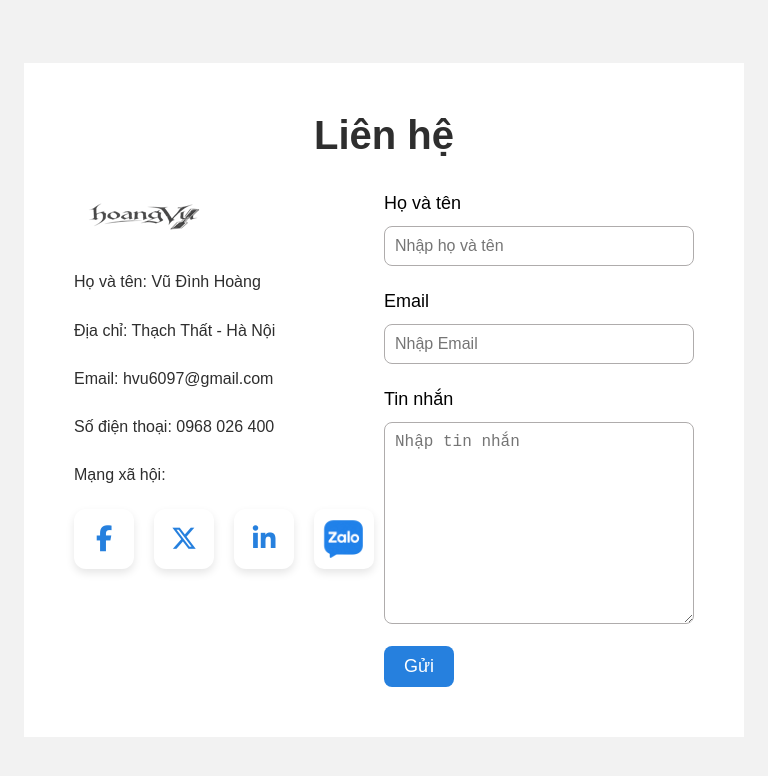
Repository: hoang28092000/portfolio
Page: pages/contact.html
These files come from the project's save history. The page is drawn as it stood at one moment and after the next save; the edit follows.
The browser window is 768 px wide. The pictures show the whole page.

Above is the page before, as saved 2025-04-12 01:04:50.

### pages/contact.html
<!DOCTYPE html>
<html lang="en">
  <head>
    <meta charset="UTF-8" />
    <meta name="viewport" content="width=device-width, initial-scale=1.0" />
    <link
      rel="stylesheet"
      href="https://cdnjs.cloudflare.com/ajax/libs/font-awesome/6.7.2/css/all.min.css"
      integrity="sha512-Evv84Mr4kqVGRNSgIGL/F/aIDqQb7xQ2vcrdIwxfjThSH8CSR7PBEakCr51Ck+w+/U6swU2Im1vVX0SVk9ABhg=="
      crossorigin="anonymous"
      referrerpolicy="no-referrer"
    />
    <link rel="stylesheet" href="../css/pages.css" />
    <link rel="stylesheet" href="../css/responsive-pages.css" />
    <title>Liên hệ</title>
  </head>
  <body>
    <main id="main-contact">
      <div class="container">
       <div class="contact">
        <h2 class="title-heading title-contact">Liên hệ</h2>
        <div class="content-contact">
          <div class="contact-left">
            <div class="logo-contact">
              <img
                src="../asset/image/hoangVu_logo.png"
                alt="logo"
                class="img-logo-contact"
              />
            </div>
            <div class="info-contact">
              <p class="txt-contact">Họ và tên: Vũ Đình Hoàng</p>
              <p class="txt-contact">Địa chỉ: Thạch Thất - Hà Nội</p>
              <p class="txt-contact">Email: hvu6097@gmail.com</p>
              <p class="txt-contact">Số điện thoại: 0968 026 400</p>
            </div>
            <p class="txt-contact">Mạng xã hội:</p>
            <div class="social-contact">
              <a
                href="https://www.facebook.com/profile.php?id=100008725181742"
                target="_blank"
                ><i class="fa-brands fa-facebook-f icon-contact"></i
              ></a>
              <a href="https://x.com/kinsman2809" target="_blank"
                ><i class="fa-brands fa-x-twitter icon-contact"></i
              ></a>
              <a
                href="https://www.linkedin.com/in/ho%C3%A0ng-v%C5%A9-0b4891179/"
                target="_blank"
                ><i class="fa-brands fa-linkedin-in icon-contact"></i
              ></a>
              <a href="https://zalo.me/0968026400" target="_blank">
                <img src="../asset/image/icon-zalo.png" alt="zalo" class="img-social">
              </a>
            </div>
          </div>
          <div class="contact-right">
            <form action="" class="form-contact">
              <div class="input-contact">
                <label for="name" class="label-contact">Họ và tên</label>
                <input type="text" id="name" placeholder="Nhập họ và tên" class="input-field" required />
              </div>
              <div class="input-contact">
                <label for="email" class="label-contact">Email</label>
                <input type="email" id="email" placeholder="Nhập Email" class="input-field" required />
              </div>
              <div class="input-contact">
                <label for="message" class="label-contact">Tin nhắn</label>
                <textarea
                  name="message"
                  id="message" placeholder="Nhập tin nhắn"
                  cols="30"
                  rows="10"
                  class="input-field"
                  required
                ></textarea>
              </div>
              <button type="submit" class="btn-submit">Gửi</button>
            </form>
          </div>
        </div>
       </div>
      </div>
    </main>
  </body>
</html>

### css/pages.css
* {
  padding: 0;
  margin: 0;
  box-sizing: border-box;
}
html {
  font-family: Poppins, sans-serif;
  font-size: 62.5%;
}

.container {
  width: 1170px;
  max-width: calc(100% - 48px);
  margin: 0 auto;
}

/* main */

#about,
#skills {
  background-color: #f2f2f2;
}
.top-content-about {
  padding: 60px 0;
  display: flex;
  justify-content: space-between;
  align-items: center;
}
.about-left {
  width: 40%;
}
.img-about {
  width: 100%;
  border: 6px solid #7a7575;
  border-radius: 50%;
}
.about-right {
  max-width: 702px;
  height: 362px;
  margin-left: 120px;
  padding-right: 60px;
}
.title-heading {
  font-size: 6rem;
  color: #2e2e2e;
  font-weight: 700;
  margin-bottom: 30px;
}
.about-right .desc-about {
  font-size: 1.6rem;
  color: #6b6565;
  font-weight: 500;
  line-height: 1.76;
  margin-top: 20px;
  text-align: justify;
}
.content-main {
  display: grid;
  grid-template-columns: 1fr 1fr;
  gap: 80px;
  padding-top: 70px;
}
.paragraph {
  margin-bottom: 20px;
}
.heading-main {
  font-size: 2rem;
  color: #2e2e2e;
  margin-bottom: 10px;
  line-height: 1.66;
}
.desc-content-main {
  font-size: 1.6rem;
  color: #2e2e2e;
  font-weight: 300;
  line-height: 1.76;
  text-align: justify;
}
.list-img-about {
  display: flex;
  justify-content: center;
  align-items: center;
  margin-top: 30px;
  gap: 20px;
  padding-bottom: 30px;
}
.list-img-about img {
  width: 200px;
  height: 200px;
  border-radius: 10px;
  border: 1px solid #2e2e2e;
  transition: all 0.3s ease-in-out;
}
.list-img-about img:hover {
  transform: scale(1.1);
  border: 2px solid #fff;
}

/* skills */
.title-skills {
  padding-top: 60px;
  text-align: center;
}
#skills ul {
    padding-left: 18px;
}

.my-project{
    margin-top: 70px;
}
.list-project{
    display: grid;
    grid-template-columns: repeat(auto-fit, minmax(300px, 1fr));
    gap: 30px;
    margin-top: 60px;
}
.list-project a{
    text-decoration: none;
    color: #2e2e2e;
}
.card-project{
    position: relative;
    background-color: #fff;
    border-radius: 10px;
    box-shadow: 0 4px 8px rgba(0, 0, 0, 0.1);
    overflow: hidden;
    transition: all 0.3s ease-in-out;
    cursor: pointer;
}
.card-project:hover{
    transform: scale(1.05);
    box-shadow: 0 8px 16px rgba(0, 0, 0, 0.2);
}
.card-project::after {
    display: flex;
    justify-content: center;
    align-items: center;
    font-weight: 600;
    color: #fff;
    content: 'Xem Thêm Demo';
    font-size: 3rem;
    position: absolute;
    top: 0; left: 0;
    width: 100%; height: 100%;
    background: #16161633; /* màu đen mờ */
    opacity: 0;
    transition: opacity 0.3s ease;
    pointer-events: none; /* để không cản trở click hay hover */
    z-index: 1;
  }
  .card-project:hover::after {
    opacity: 1;
  }

.card-project img{
    width: 100%;
    height: 200px;
    object-fit: cover;
}

.info-card{
    padding: 30px 20px 20px;
    text-align: center;

}
.heading-card{
    font-size: 2rem;
    color: #2e2e2e;
    margin-bottom: 10px;
}
.desc-card{
    font-size: 1.6rem;
    color: #2e2e2e;
    font-weight: 300;
    line-height: 1.76;
}
.desc-card span {
    font-weight: bold;
}

#main-contact{
    padding: 60px 0;
    background-color: #f2f2f2;
}
#main-contact .title-contact{
    font-size: 4rem;
    text-align: center;
    margin-bottom: 30px;
}

/* contact */
#main-contact{
    display: flex;
    justify-content: center;
    align-items: center;
    width: 100%;
    height: 100vh;
    overflow: hidden;
}
.contact{
    background-color: #fff;
    padding: 50px;
}
.contact .content-contact{
    display: flex;
    justify-content: space-between;
}

.contact-left {
    width: 50%;
}
.logo-contact{
    display: flex;
    align-items: center;
    margin-bottom: 20px;
}
.img-logo-contact{
    width: 140px;
    height: 60px;
    padding: 10px;

}

.img-social{
    width: 60px;
    height: 60px;
    border-radius: 10px;
    box-shadow: 0 4px 8px rgba(0, 0, 0, 0.1);

}
.img-social:hover,
.icon-contact:hover{
    transform: scale(1.1);
    box-shadow: 0 8px 16px rgba(0, 0, 0, 0.2);
}
.social-contact{
    display: flex;
    align-items: center;
    height: 60px;
    gap: 20px;
    margin-top: 20px;
}
.social-contact a{
    width: 60px;
    height: 60px;
    display: block;
    text-decoration: none;
    color: #2e2e2e;
}
.contact-right {
    width: 50%;
}
.icon-contact{
    width: 60px;
    height: 60px;
    display: flex;
    justify-content: center;
    align-items: center;
    font-size: 2.6rem;
    box-shadow: 0 4px 8px rgba(0, 0, 0, 0.1);
    border-radius: 12px;
    color: #2680de;
}

.txt-contact{
    font-size: 1.8rem;
    color: #2e2e2e;
    margin-bottom: 12px;
    line-height: 1.76;
}
.input-contact{
    margin-bottom: 20px;
}

.label-contact{
    display: block;
    font-size: 1.8rem;
    color: #000000;
    line-height: 1.76;
    font-weight: 500;
    margin-bottom: 6px;
}
.input-contact input{
    width: 100%;
    padding: 10px;
    border-radius: 8px;
    border: 1px solid #afacac;
    font-size: 1.6rem;
    color: #2e2e2e;
    outline: none;
}
.input-contact textarea{
    width: 100%;
    padding: 10px;
    border-radius: 8px;
    border: 1px solid #afacac;
    font-size: 1.6rem;
    color: #2e2e2e;
    outline: none;
}

.btn-submit{
    background-color: #2680de;
    color: #fff;
    padding: 10px 20px;
    border-radius: 8px;
    border: none;
    font-size: 1.8rem;
    cursor: pointer;
    transition: all 0.3s ease-in-out;
}
.btn-submit:hover{
    background-color: #1a5bb8;
}

### css/responsive-pages.css
/* bout-me */
@media (min-width: 1024.02px) and (max-width: 1169.98px) {
  .top-content-about {
    display: flex;
    flex-direction: column;
    align-items: center;
    padding-bottom: 40px;
  }
  .list-img-about {
    display: flex;
    flex-wrap: wrap;
    justify-content: center;
    align-items: start;
    gap: 30px;
  }
  .list-img-about img {
    max-width: 200px;
    display: block;
    border: 1px solid #2e2e2e;
  }
  .about-left {
    width: 60%;
    margin-bottom: 30px;
  }
  .about-right {
    width: 100%;
    margin-left: 0;
    padding-right: 0;
  }
  .title-heading {
    font-size: 6rem;
    text-align: center;
    margin-bottom: 16px;
  }
  .about-right .desc-about {
    font-size: 1.8rem;
    margin-bottom: 20px;
  }

  /* contact */

  }
}
@media (max-width: 1024px) {
  .list-img-about {
    display: grid;
    grid-template-columns: 1fr 1fr 1fr;
    gap: 20px;
    flex-wrap: wrap;
    padding-bottom: 30px;
    align-items: start;
  }
  .about-left {
    width: 40%;
  }
  .about-right {
    width: 60%;
  }
  .img-about {
    width: 100%;
    height: auto;
    border-radius: 50%;
    border: 1px solid #2e2e2e;
  }
  .list-img-about img {
    display: block;
    width: 100%;
    height: auto;
    border: 1px solid #2e2e2e;
  }

}
@media (min-width: 768px) and (max-width: 1023.98px) {
  .about-right {
    width: 60%;
    height: auto;
  }
}
@media (max-width: 768px) {
  .top-content-about {
    display: flex;
    flex-direction: column;
    align-items: center;
    padding-bottom: 40px;
  }
  .about-left {
    margin-bottom: 30px;
  }
  .paragraph {
    text-align: justify;
  }
  .about-right {
    width: 100%;
    margin-left: 0;
    padding-right: 0;
  }
  .title-heading {
    font-size: 5rem;
    text-align: center;
    margin-bottom: 16px;
  }
  .about-right .desc-about {
    font-size: 1.6rem;
    margin-bottom: 20px;
    text-align: justify;
  }

  .list-img-about {
    display: grid;
    grid-template-columns: 1fr 1fr;
  }
  .list-img-about img {
    width: 100%;
    height: auto;
    border: 1px solid #2e2e2e;
  }
  .txt-contact{
    font-size: 1.6rem;
    margin-bottom: 20px;
  }
}
@media (max-width: 480px) {
  .top-content-about {
    display: flex;
    flex-direction: column;
    align-items: center;
    padding-bottom: 40px;
  }
  .about-left {
    width: 60%;
    margin-bottom: 30px;
  }
  .list-img-about {
    display: grid;
    grid-template-columns: 1fr 1fr;
    gap: 10px;
    padding-bottom: 0;
  }
  .about-right {
    width: 100%;
    margin-left: 0;
    padding-right: 0;
  }
  .title-heading {
    font-size: 4rem;
    text-align: center;
    margin-bottom: 16px;
  }
  .about-right .desc-about {
    font-size: 1.6rem;
    margin-bottom: 20px;
  }
  .content-main {
    grid-template-columns: 1fr;
  }
  .paragraph {
    margin-bottom: 14px;
  }
  .paragraph .heading-main {
    font-size: 1.8rem;
    margin-bottom: 10px;
  }
  .list-img-about img {
    width: 100%;
    height: auto;
    border: 1px solid #2e2e2e;
  }
}

After the next save:
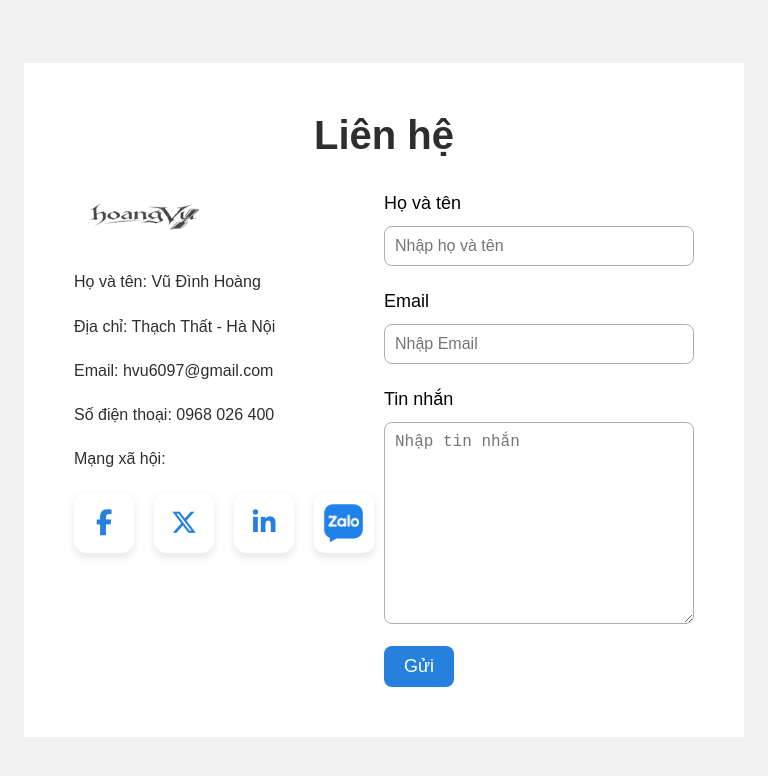
Saved 6 s later.
--- a/css/responsive-pages.css
+++ b/css/responsive-pages.css
@@ -116,7 +116,7 @@
   }
   .txt-contact{
     font-size: 1.6rem;
-    margin-bottom: 20px;
+    margin-bottom: 16px;
   }
 }
 @media (max-width: 480px) {
